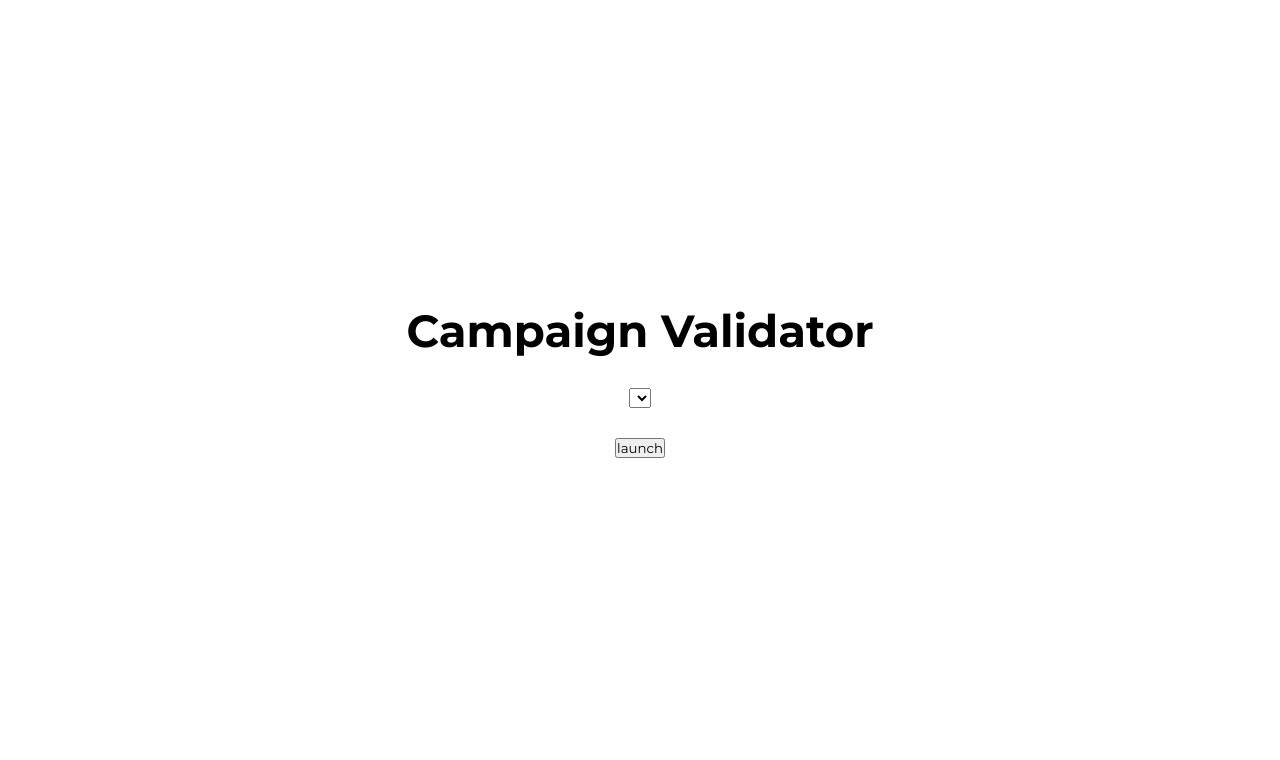
Repository: AbApin/project
Page: / (app in frontend/)
These files come from the project's save history. The page is drawn as it stood at one moment and after a run of saves; the edit follows.
The browser window is 1280 px wide. The pictures show the whole page.
The page's requests for data from a server got no answer. The project was rebuilt for these pictures with package versions that can differ from the ones it lists, and the page was loaded fresh each time. No one was signed in, and anything a server would have sent is missing. Also part of the build but not shown: frontend/vue.config.js.

Above is the page before, as saved 2023-02-21 15:54:53.

### frontend/public/index.html
<!DOCTYPE html>
<html lang="">
  <head>
    <meta charset="utf-8" />
    <meta http-equiv="X-UA-Compatible" content="IE=edge" />
    <meta name="viewport" content="width=device-width,initial-scale=1.0" />
    <link rel="icon" href="<%= BASE_URL %>favicon.ico" />
    <title><%= htmlWebpackPlugin.options.title %></title>
    <link
      href="https://fonts.googleapis.com/css?family=Montserrat:100,200,300,regular,500,600,700,800,900,100italic,200italic,300italic,italic,500italic,600italic,700italic,800italic,900italic"
      rel="stylesheet"
    />
  </head>
  <body>
    <noscript>
      <strong
        >We're sorry but <%= htmlWebpackPlugin.options.title %> doesn't work properly without
        JavaScript enabled. Please enable it to continue.</strong
      >
    </noscript>
    <div id="app"></div>
    <!-- built files will be auto injected -->
  </body>
</html>

### frontend/src/App.vue
<template>
  <div id="app">
    <h1 class="appTitle">Campaign Validator</h1>
    <select class="campaignsList">
      <option value="" v-for="campaign in campaigns" :key="campaign">{{ campaign.name }}</option>
    </select>
    <button class="launchBtn">launch</button>
  </div>
</template>

<script>
export default {
  name: 'App',
  data() {
    return {
      campaigns: [],
    };
  },
  mounted() {
    fetch('/campaigns')
      .then((response) => response.json())
      .then((data) => (this.campaigns = data.campaigns));
  },
};
</script>

<style>
* {
  margin: 0;
  padding: 0;
  box-sizing: 0;
  font-family: 'Montserrat', sans-serif;
}
#app {
  display: flex;
  align-items: center;
  justify-content: center;
  flex-direction: column;
  gap: 30px;
  padding: 20px;
  height: 100vh;
}
.appTitle {
  font-size: 45px;
}
.launchBtn
</style>

Loaded but not shown: frontend/src/main.js (common file)

After the next 4 saves:
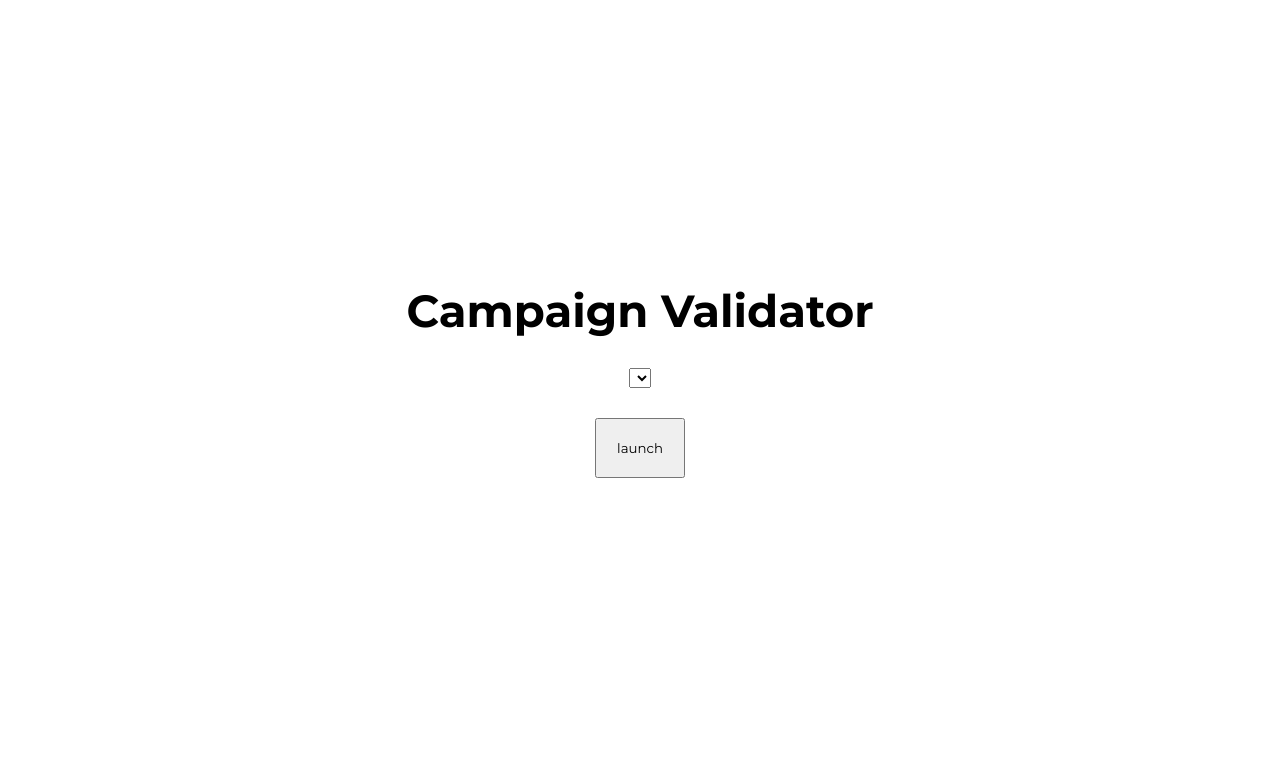
The 4 saves are shown as one change because they came seconds apart.
The last was saved 10 s later.
--- a/frontend/src/App.vue
+++ b/frontend/src/App.vue
@@ -43,5 +43,7 @@
 .appTitle {
   font-size: 45px;
 }
-.launchBtn
+.launchBtn{
+  padding: 20px;
+}
 </style>

After the save that followed:
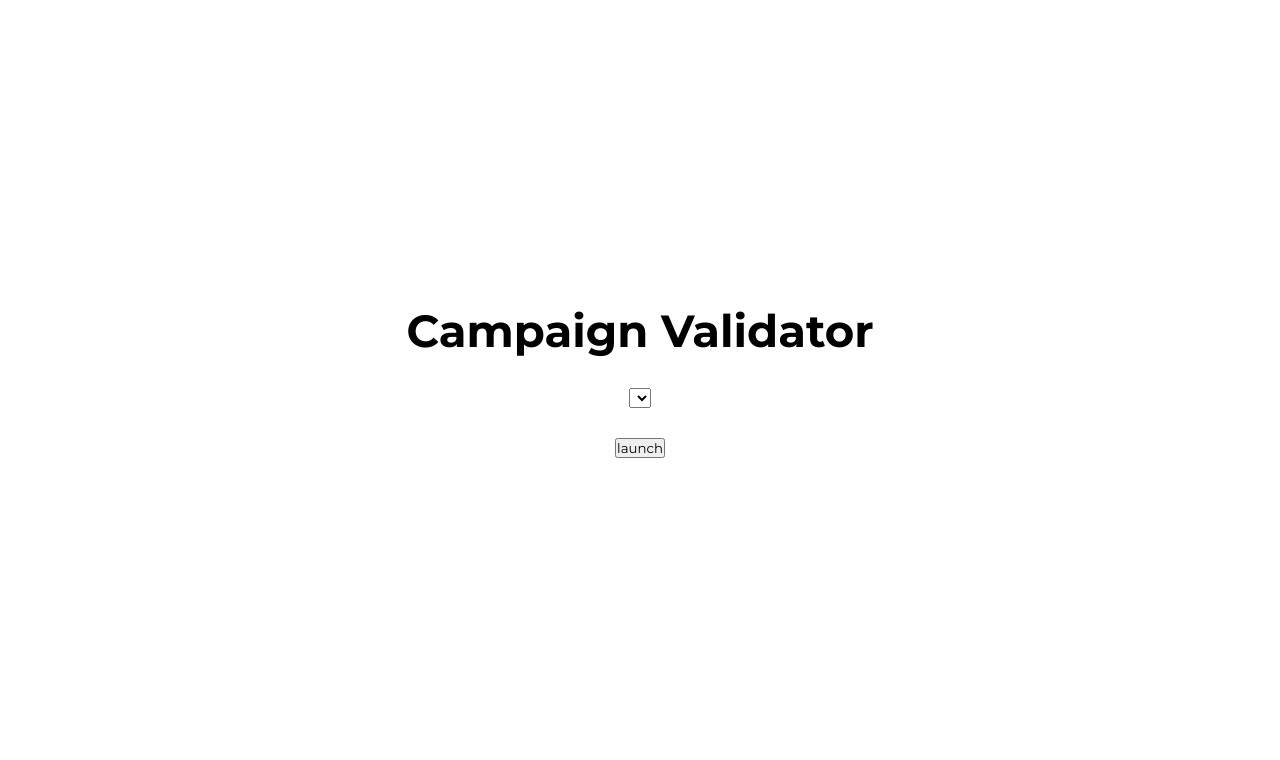
Saved 7 s later.
--- a/frontend/src/App.vue
+++ b/frontend/src/App.vue
@@ -44,6 +44,7 @@
   font-size: 45px;
 }
 .launchBtn{
+  fo
   padding: 20px;
 }
 </style>
